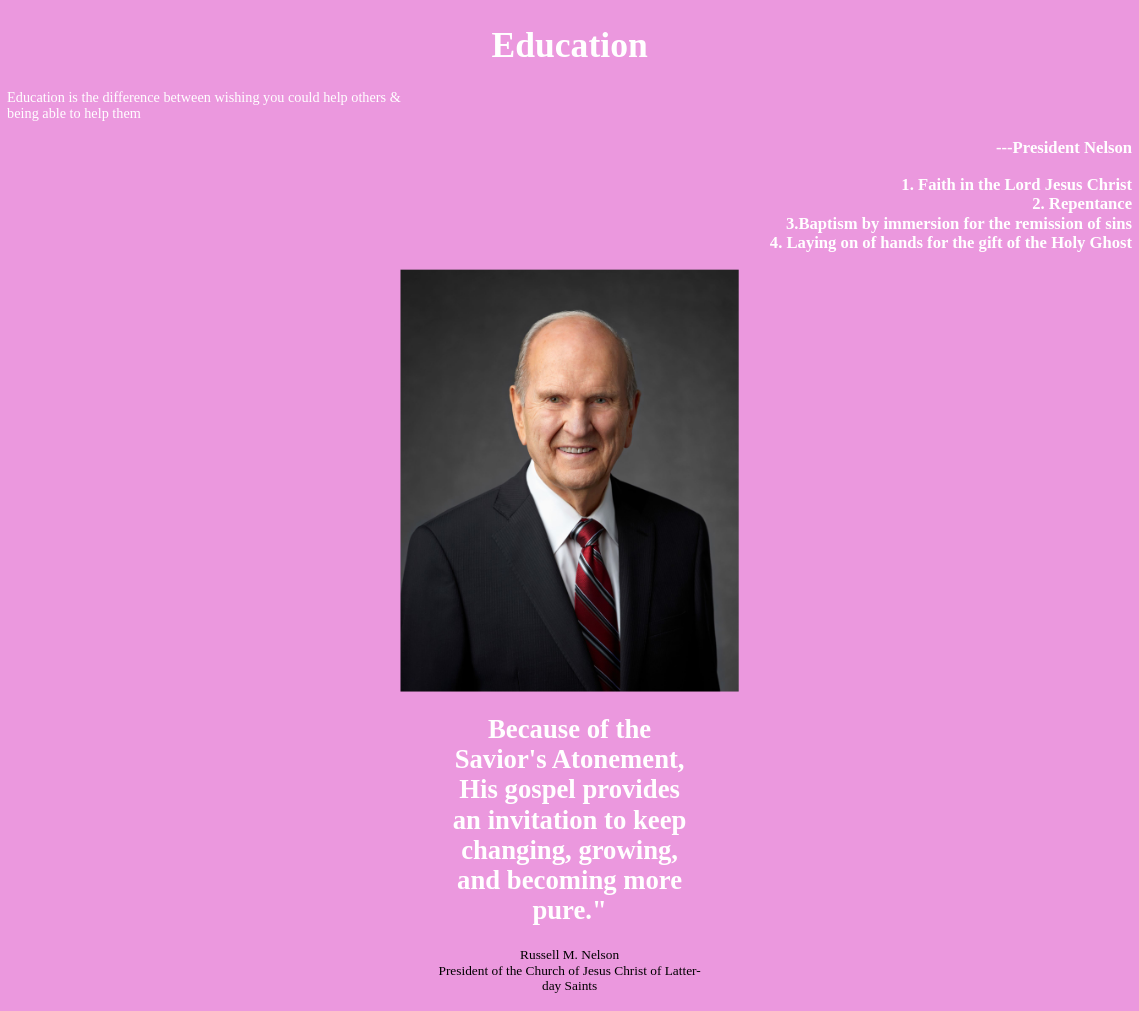
Repository: mszakutumela/wdd130
Page: W04_Challenge/index.html
An editor plug-in stored every save of this project. The page is shown before and after a run of saves, followed by the edit.
The browser window is 1280 px wide. The pictures show the whole page, at 89% of full size.

Above is the page before, as saved 2023-06-05 12:51:24.

After the next 3 saves:
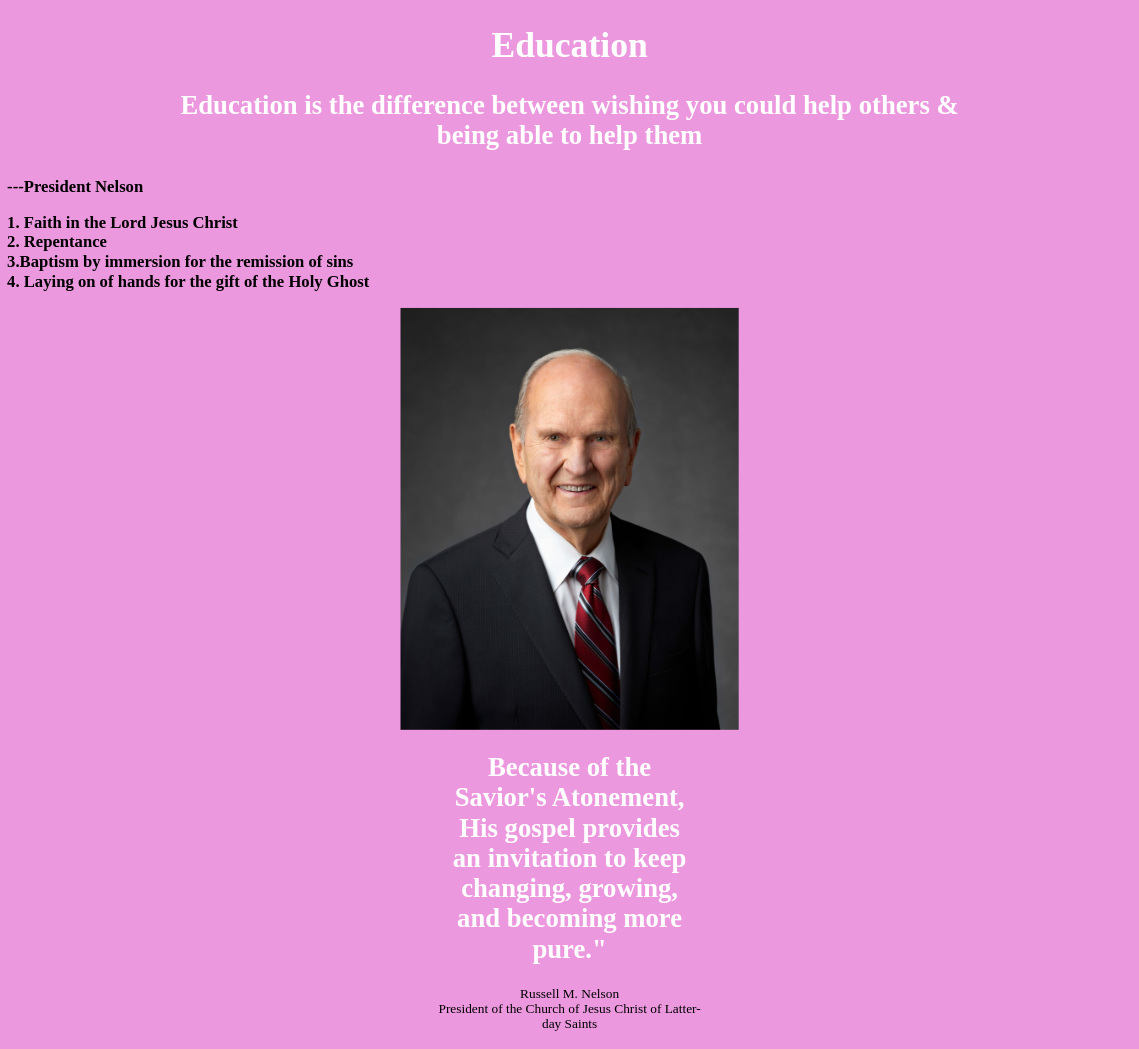
The 3 saves are shown as one change because they came seconds apart.
The last was saved 7 s later.
--- a/W04_Challenge/index.html
+++ b/W04_Challenge/index.html
@@ -7,7 +7,7 @@
 <body>
     <main>
         <h1>Education</h1>
-        <p1>Education is the difference between wishing you could help others & <br>
+        <h2>Education is the difference between wishing you could help others & <br>
             being able to help them</P>
         <h3>---President Nelson</p>
         <p> 1. Faith in the Lord Jesus Christ <br>
